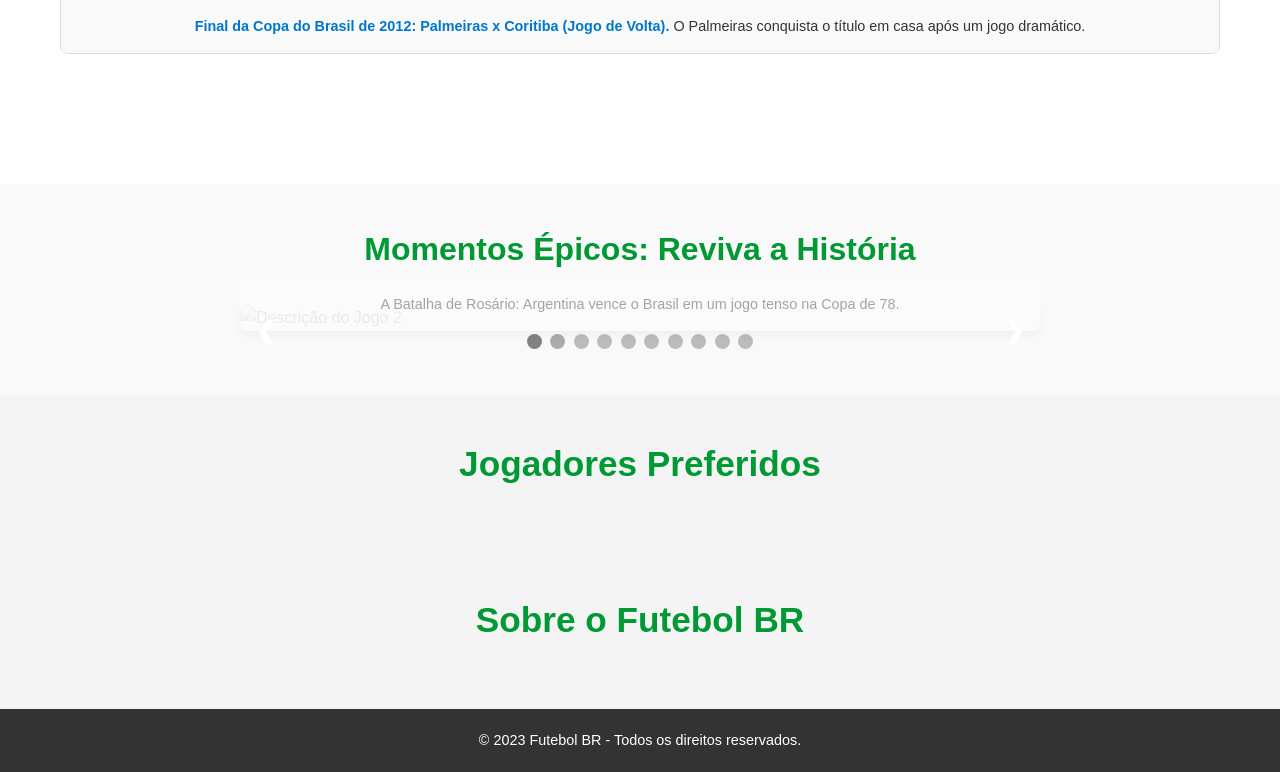
Repository: douglasabnovato/futebol-br
Page: index.html
The author's editor kept a copy of each file at every save. The page is drawn from the files as they stood at one save, then again after the next save.
The browser window is 1280 px wide. The pictures show the part of the page from y = 3251 to 4023 px (the page is 4023 px tall).

Above is the page before, as saved 2025-04-13 18:20:46.
Not found: assets/jogos-historicos/jogo1.jpg
Not found: assets/jogos-historicos/jogo10.jpg
Not found: assets/jogos-historicos/jogo2.jpg

After the next save:
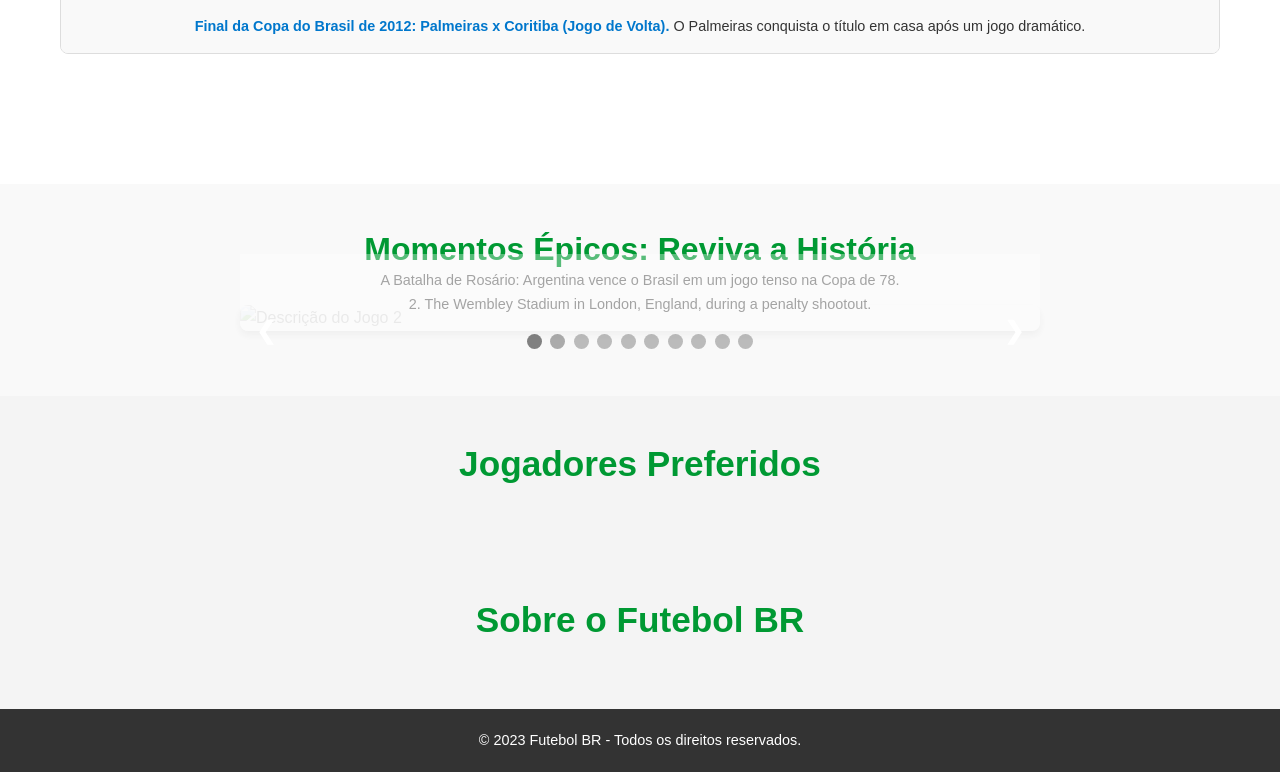
Saved 118 s later.
--- a/index.html
+++ b/index.html
@@ -181,7 +181,7 @@
 
       <section id="jogos-historicos-slideshow" class="section">
         <div class="container">
-          <h2>Momentos Épicos: Reviva a História </h2>
+          <h2>Momentos Épicos: Reviva a História</h2>
           <div class="slideshow-container">
             <div class="slide fade">
               <img
@@ -189,10 +189,13 @@
                 alt="Descrição do Jogo 1"
               />
               <div class="caption">
-                <p>Final da Copa de 70: Brasil conquista o tricampeonato com Pelé
-                brilhando.</p>
-                <p>
-                  The Maracanã Stadium in Rio de Janeiro, Brazil, during a match
+                <p>
+                  Final da Copa de 70: Brasil conquista o tricampeonato com Pelé
+                  brilhando.
+                </p>
+                <p>
+                  1.The Maracanã Stadium in Rio de Janeiro, Brazil, during a
+                  match
                 </p>
               </div>
             </div>
@@ -205,6 +208,10 @@
               <div class="caption">
                 A Batalha de Rosário: Argentina vence o Brasil em um jogo tenso
                 na Copa de 78.
+                <p>
+                  2. The Wembley Stadium in London, England, during a penalty
+                  shootout.
+                </p>
               </div>
             </div>
 
@@ -216,6 +223,10 @@
               <div class="caption">
                 O Milagre de Berna: Alemanha derrota a favorita Hungria na final
                 da Copa de 54.
+                <p>
+                  3. The Camp Nou stadium in Barcelona, Spain, during a
+                  Champions League match.
+                </p>
               </div>
             </div>
 
@@ -227,6 +238,10 @@
               <div class="caption">
                 A Mão de Deus: Maradona marca um gol polêmico contra a
                 Inglaterra em 86.
+                <p>
+                  4. The Allianz Arena in Munich, Germany, during a match at
+                  night.
+                </p>
               </div>
             </div>
 
@@ -238,6 +253,10 @@
               <div class="caption">
                 O 7 a 1: Alemanha humilha o Brasil em pleno Mineirão na
                 semifinal de 2014.
+                <p>
+                  5. The San Siro stadium in Milan, Italy, during a match with a
+                  player celebrating a goal.
+                </p>
               </div>
             </div>
 
@@ -249,6 +268,10 @@
               <div class="caption">
                 A Remontada Histórica: Barcelona reverte um 4 a 0 contra o PSG
                 na Champions League.
+                <p>
+                  6. The Azteca Stadium in Mexico City, Mexico, during a World
+                  Cup match.
+                </p>
               </div>
             </div>
 
